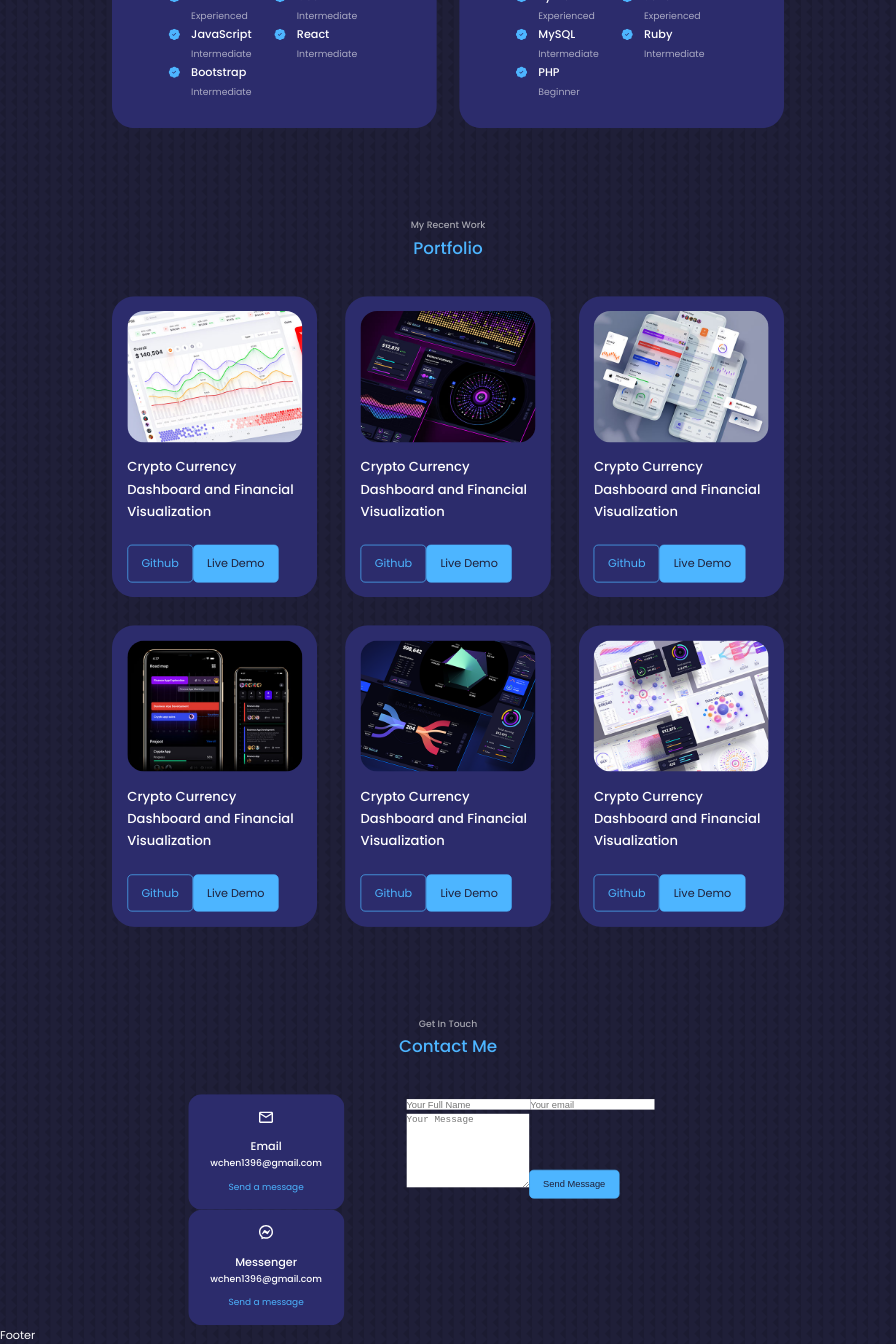
Repository: smallchungus/resumeWebsite
Page: / (app in hello/)
These files come from the project's save history. The page is drawn as it stood at one moment and after the next save; the edit follows.
The browser window is 1280 px wide. The pictures show the part of the page from y = 2023 to 3943 px (the page is 3943 px tall), at 70% of full size.
The project was rebuilt for these pictures with package versions that can differ from the ones it lists, and the page was loaded fresh each time. Also part of the build but not shown: hello/src/components/services/Services.jsx, hello/src/components/testimonial/Testimonial.jsx, hello/src/components/footer/footer.css. Imported but missing from the stored project, and not drawn on this page: hello/src/assets/cv.pdf.

Above is the page before, as saved 2023-03-24 13:27:29.

After the next save:
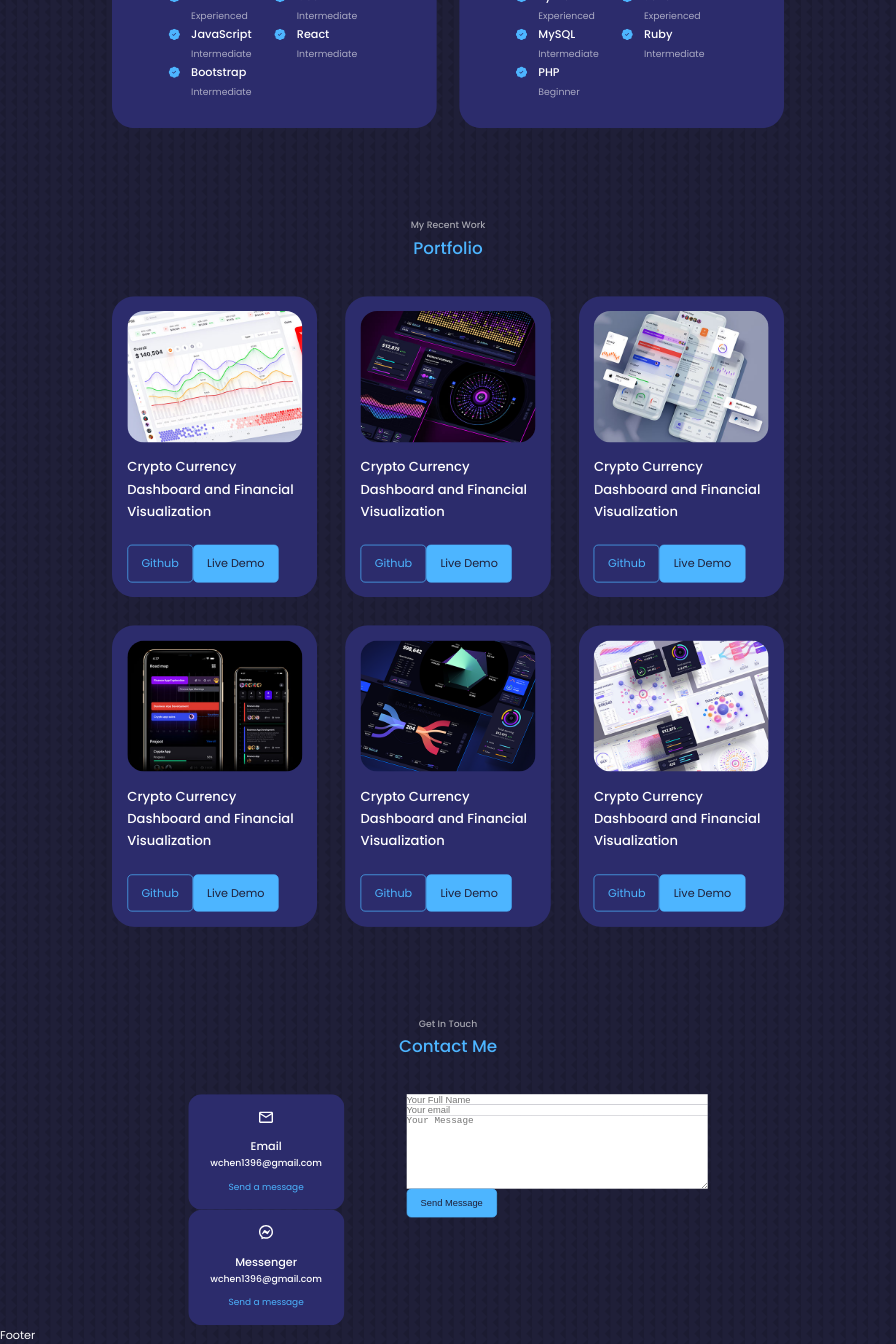
Saved 20 s later.
--- a/hello/src/components/contact/contact.css
+++ b/hello/src/components/contact/contact.css
@@ -35,3 +35,10 @@
     display:inline-block;
     font-size: 0.8rem;
 }
+
+/*======================== FROM ======================= */
+form {
+    display: flex;
+    flex-direction: column;
+    gap: 1.2 rem;
+}
